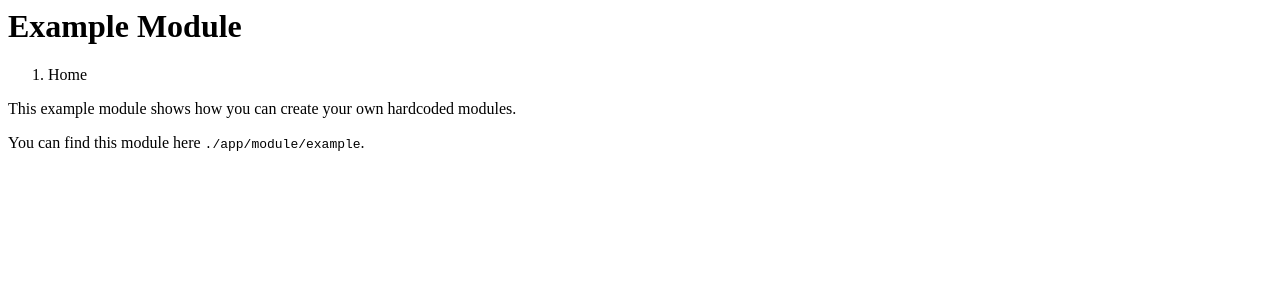
Repository: lcherone/cloud-developer
Page: http://localhost/app/module/example/view/index.php
The author's editor kept a record of every edit. The page is drawn from the files as they stood at one moment, then again after the next edit.
The browser window is 1280 px wide. The pictures show the whole page.
The page is run by PHP 8.4 with error messages shown; the project is at /var/www/html/.

Above is the page before.

After the next edit:
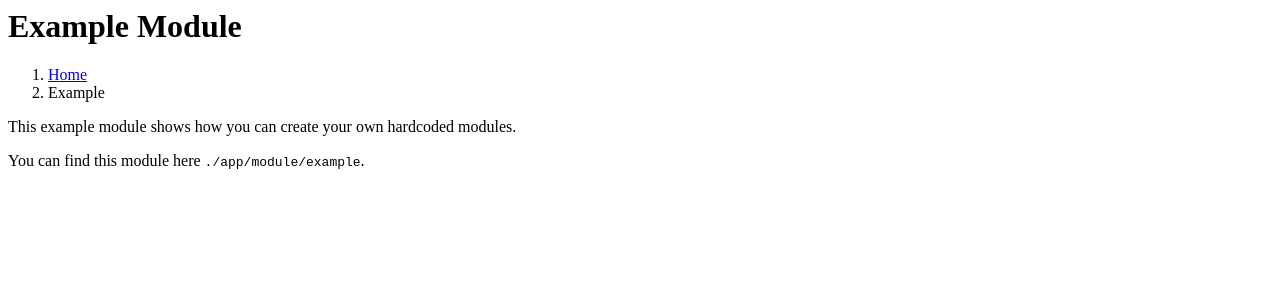
The edit:
--- a/app/module/example/view/index.php
+++ b/app/module/example/view/index.php
@@ -4,7 +4,8 @@
             Example Module
         </h1>
         <ol class="breadcrumb">
-            <li class="active"><i class="fa fa-dashboard"></i> Home</li>
+            <li><a href="/"><i class="fa fa-dashboard"></i> Home</a></li>
+            <li class="active"><i class="fa fa-dashboard"></i> Example</li>
         </ol>
     </div>
 </div>
